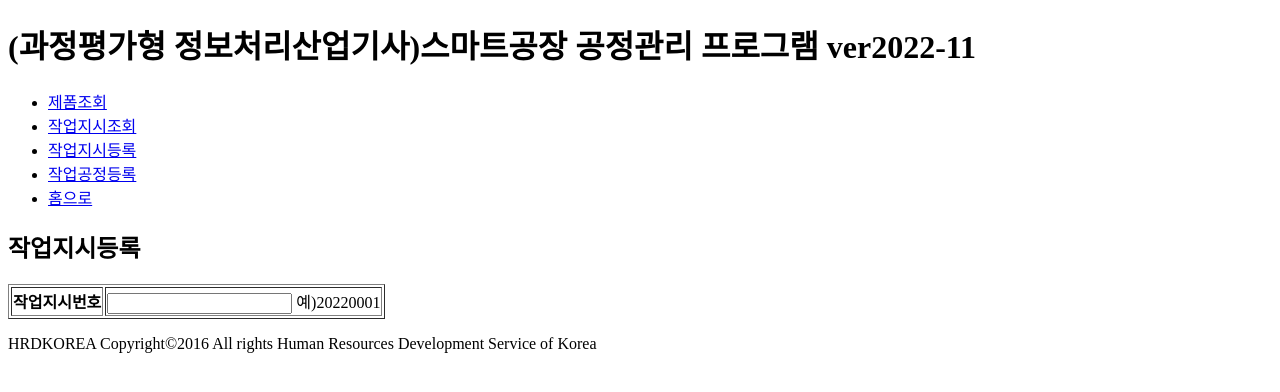
Repository: anakyn01/exam
Page: http://localhost/smart_5/sub2_1.jsp
An editor plug-in stored every save of this project. The page is shown before and after the next save, followed by the edit.
The browser window is 1280 px wide. The pictures show the whole page.
The page is served by Tomcat 9.

Above is the page before, as saved 2025-01-06 07:18:25.

After the next save:
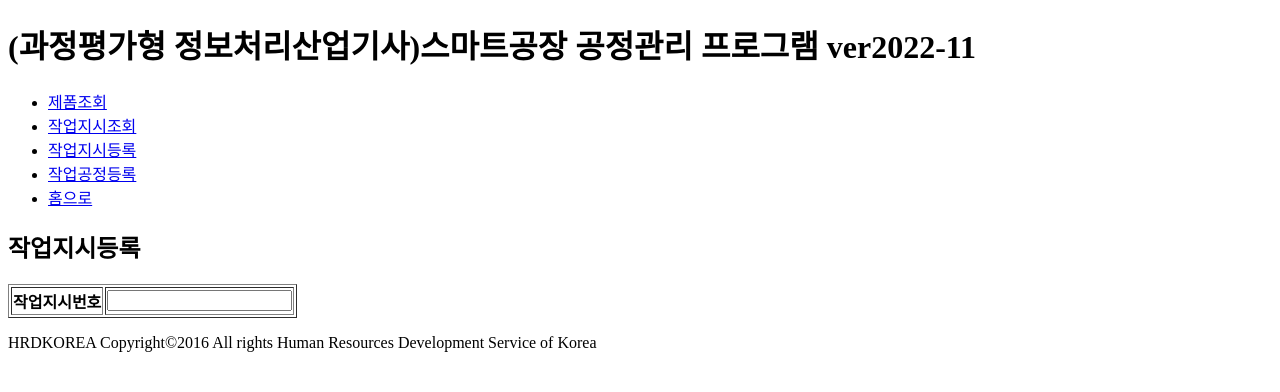
Saved 10 s later.
--- a/smart_5/src/main/webapp/sub2_1.jsp
+++ b/smart_5/src/main/webapp/sub2_1.jsp
@@ -9,7 +9,6 @@
 	<th>작업지시번호</th>
 		<td>
 		<input type="text" name="w_workno">
-		<span>예)20220001</span>
 		</td>
 	</tr>
 </table>
